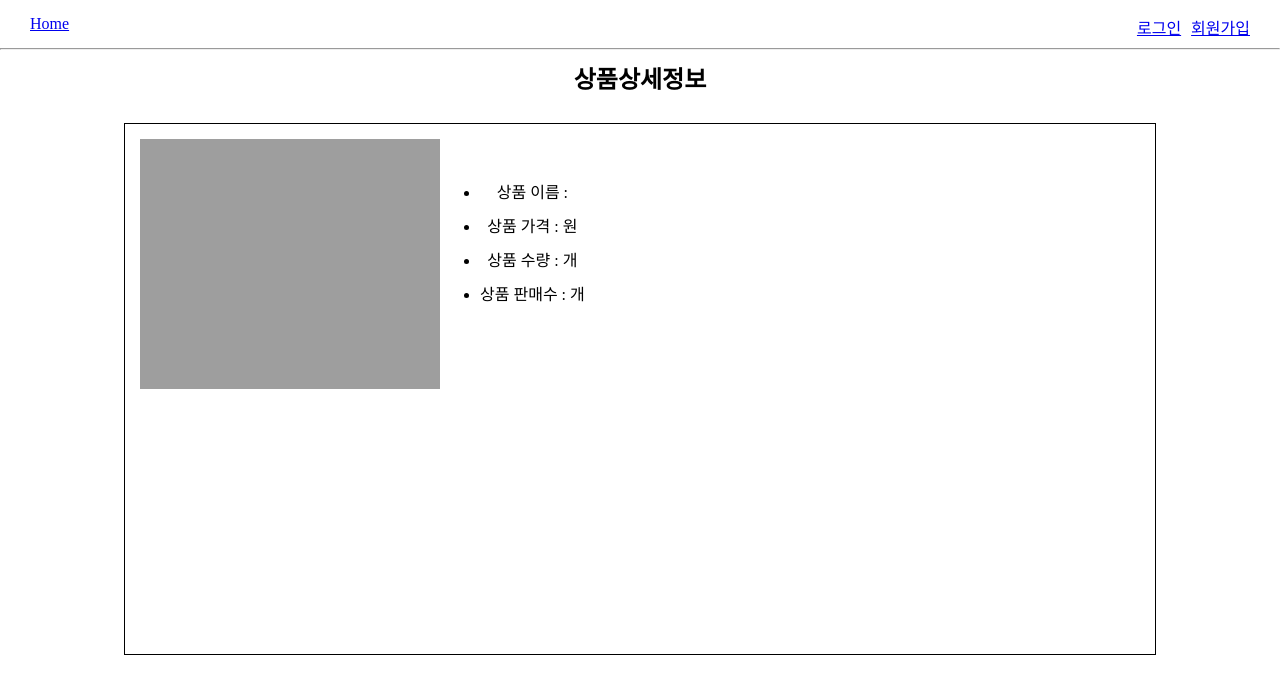
Repository: quswldms137/Shopping
Page: http://localhost/shop/WEB-INF/views/productDetail.jsp
The author's editor kept a copy of each file at every save. The page is drawn from the files as they stood at one save, then again after the next save.
The browser window is 1280 px wide. The pictures show the whole page.
Pictures or frames that could not be fetched are drawn as grey boxes. The page is served by Tomcat 10. Nobody is signed in. The template is opened directly, without the code that normally fills it, so the values that code supplies are empty.

Above is the page before, as saved 2024-05-29 07:02:54.

After the next save:
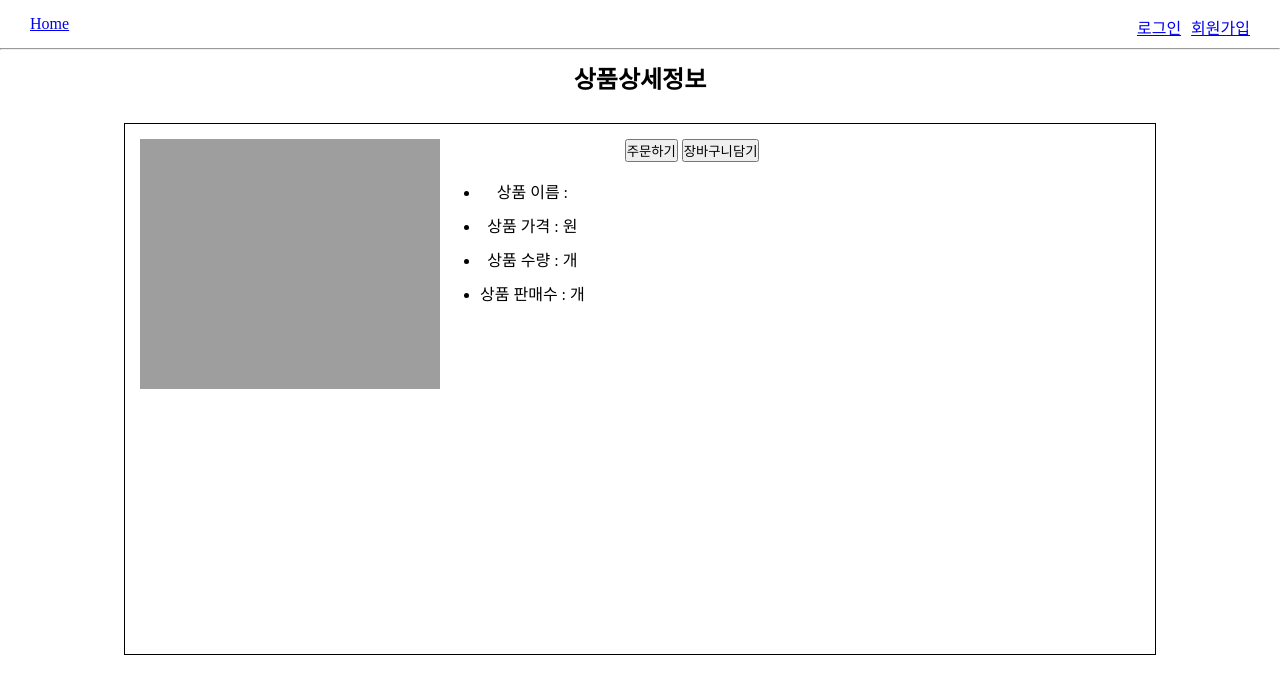
Saved 4 min 23 s later.
--- a/shop/shop/src/main/webapp/WEB-INF/views/productDetail.jsp
+++ b/shop/shop/src/main/webapp/WEB-INF/views/productDetail.jsp
@@ -53,6 +53,10 @@ h2{padding:10px;}
 				<li>상품 판매수 : ${product.sales }개</li>
 			</ul>
 		</div>
+		<div>
+			<a href="orderDo"><button>주문하기</button></a>
+			<a href="cartDo"><button>장바구니담기</button></a>
+		</div>
 	</div>
 </div>
 </session>
